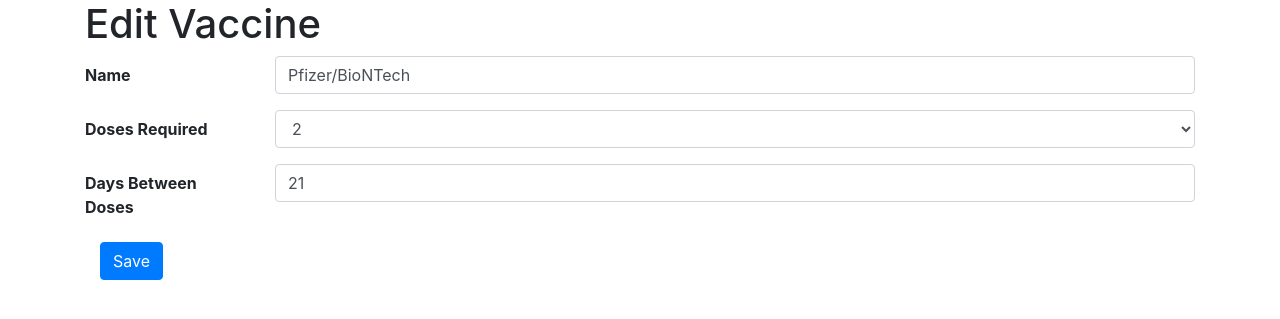
Repository: Thangtran1100/School-Stuff
Page: http://localhost/lab9/EditVaccine?id=1
An editor plug-in stored every save of this project. The page is shown before and after the next save, followed by the edit.
The browser window is 1280 px wide. The pictures show the whole page.
Some web libraries are served in a nearby version. The page is served by Tomcat 9.

Above is the page before, as saved 2023-03-27 22:04:22.

After the next save:
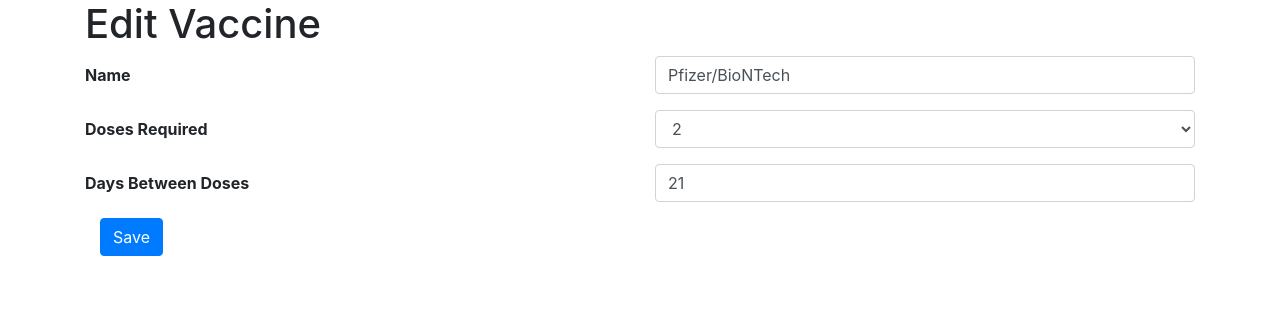
Saved 37 s later.
--- a/Spring 2023/CS3220/Assignments/3220-Lab9-App/lab9/src/main/webapp/EditVaccine.jsp
+++ b/Spring 2023/CS3220/Assignments/3220-Lab9-App/lab9/src/main/webapp/EditVaccine.jsp
@@ -16,15 +16,15 @@
             <input type="hidden" name="id" value="${vaccineEntry.id}">
 
             <div class="form-group row">
-                <label for="name" class="col-lg-2 font-weight-bold col-form-label control-label">Name</label>
-                <div class="col-sm-10">
+                <label for="name" class="col-lg-6 font-weight-bold col-form-label control-label">Name</label>
+                <div class="col-sm-6">
                     <input type="text" name="name" class="form-control" value="${vaccineEntry.vaccine}">
                 </div>
             </div>
 
             <div class="form-group row">
-                <label for="dose" class="col-lg-2 font-weight-bold col-form-label control-label">Doses Required</label>
-                <div class="col-sm-10">
+                <label for="dose" class="col-lg-6 font-weight-bold col-form-label control-label">Doses Required</label>
+                <div class="col-sm-6">
                     <select name="dose" class="form-control">
                         <c:forEach begin="1" end="2" var="index">
                             <c:choose>
@@ -41,8 +41,8 @@
             </div>
 
             <div class="form-group row">
-                <label for="days" class="col-lg-2 font-weight-bold col-form-label control-label">Days Between Doses</label>
-                <div class="col-sm-10">
+                <label for="days" class="col-lg-6 font-weight-bold col-form-label control-label">Days Between Doses</label>
+                <div class="col-sm-6">
                     <input type="text" name="days" class="form-control" value="${vaccineEntry.daysBetweenDose}">
                 </div>
             </div>
